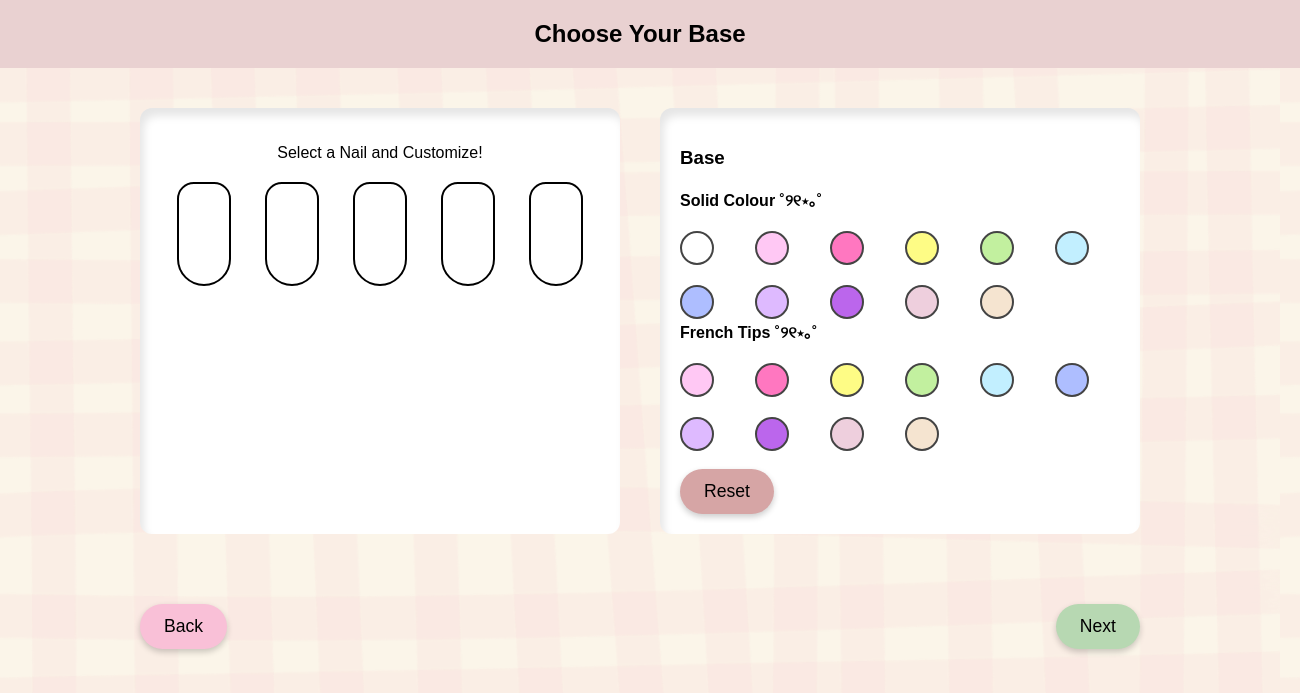
Repository: amolwalia/Fluidity-Lab
Page: base-paint.html
These files come from the project's save history. The page is drawn as it stood at one moment and after the next save; the edit follows.
The browser window is 1280 px wide. The page is 1300 px wide, so the pictures cover 1300 px, including what lies to the right of the window. The pictures show the whole page.

Above is the page before, as saved 2025-05-11 19:02:09.

### base-paint.html
<!DOCTYPE html>
<html lang="en">
  <head>
    <meta charset="UTF-8" />
    <meta name="viewport" content="width=device-width, initial-scale=1.0" />
    <title>Choose Your Base</title>
    <link rel="stylesheet" href="./styles/basepaints.css" />
  </head>
  <body>
    <header>Choose Your Base</header>
    <div class="container">
      <div class="nail-area">
        <p style="text-align: center">Select a Nail and Customize!</p>
        <div class="nails">
          <div class="nail" onclick="selectNail(this)"></div>
          <div class="nail" onclick="selectNail(this)"></div>
          <div class="nail" onclick="selectNail(this)"></div>
          <div class="nail" onclick="selectNail(this)"></div>
          <div class="nail" onclick="selectNail(this)"></div>
        </div>
      </div>
      <div class="palette">
        <h3>Base</h3>
        <strong>Solid Colour ˚୨୧⋆｡˚</strong>
        <div class="colors">
          <div
            class="color"
            style="background: white"
            onclick="setColor('white', false)"
          ></div>
          <div
            class="color"
            style="background: #ffc8f4"
            onclick="setColor('#ffc8f4', false)"
          ></div>
          <div
            class="color"
            style="background: #ff77c0"
            onclick="setColor('#ff77c0', false)"
          ></div>
          <div
            class="color"
            style="background: #fefc85"
            onclick="setColor('#fefc85', false)"
          ></div>
          <div
            class="color"
            style="background: #c2f09f"
            onclick="setColor('#c2f09f', false)"
          ></div>
          <div
            class="color"
            style="background: #c2efff"
            onclick="setColor('#c2efff', false)"
          ></div>
        </div>
        <div class="colors">
          <div
            class="color"
            style="background: #aebeff"
            onclick="setColor('#AEBEFF', false)"
          ></div>
          <div
            class="color"
            style="background: #debaff"
            onclick="setColor('#DEBAFF', false)"
          ></div>
          <div
            class="color"
            style="background: #bb66ec"
            onclick="setColor('#BB66EC', false)"
          ></div>
          <div
            class="color"
            style="background: #eecfdd"
            onclick="setColor('#EECFDD', false)"
          ></div>
          <div
            class="color"
            style="background: #f5e4d0"
            onclick="setColor('#F5E4D0', false)"
          ></div>
        </div>
        <strong>French Tips ˚୨୧⋆｡˚</strong>
        <div class="colors">
          <div
            class="color"
            style="background: #ffc8f4"
            onclick="setColor('#ffc8f4', true)"
          ></div>
          <div
            class="color"
            style="background: #ff77c0"
            onclick="setColor('#ff77c0', true)"
          ></div>
          <div
            class="color"
            style="background: #fefc85"
            onclick="setColor('#fefc85', true)"
          ></div>
          <div
            class="color"
            style="background: #c2f09f"
            onclick="setColor('#c2f09f', true)"
          ></div>
          <div
            class="color"
            style="background: #c2efff"
            onclick="setColor('#c2efff', true)"
          ></div>
          <div
            class="color"
            style="background: #aebeff"
            onclick="setColor('#AEBEFF', true)"
          ></div>
        </div>
        <div class="colors">
          <div
            class="color"
            style="background: #debaff"
            onclick="setColor('#DEBAFF', true)"
          ></div>
          <div
            class="color"
            style="background: #bb66ec"
            onclick="setColor('#BB66EC', true)"
          ></div>
          <div
            class="color"
            style="background: #eecfdd"
            onclick="setColor('#EECFDD', true)"
          ></div>
          <div
            class="color"
            style="background: #f5e4d0"
            onclick="setColor('#F5E4D0', true)"
          ></div>
        </div>
        <br />
        <button class="btn btn-brown" onclick="resetColors()">Reset</button>
      </div>
    </div>
    <div class="btn-row">
      <button class="btn btn-pink" onclick="location.href='index.html'">
        Back
      </button>
      <button class="btn btn-green" onclick="saveNailColorsAndGoNext()">
        Next
      </button>
    </div>
    <script src="./scripts/basepaints.js"></script>
  </body>
</html>

### styles/basepaints.css
body {
  margin: 0;
  font-family: "Quicksand", sans-serif;
  background: url("../media/pink_plaid.png");
  background-size: cover;
  background-blend-mode: multiply;
  background-color: #fbf5e9;
  display: flex;
  flex-direction: column;
  align-items: center;
}
header {
  width: 100%;
  padding: 20px;
  background-color: #e9d1d1;
  text-align: center;
  font-weight: bold;
  font-size: 1.5rem;
}
.container {
  display: flex;
  justify-content: space-between;
  padding: 40px;
  width: 100%;
  max-width: 1000px;
}
.nail-area,
.palette {
  background: #fff;
  border-radius: 12px;
  padding: 20px;
  box-shadow: inset 4px 8px 8px  rgba(0, 0, 0, 0.1);
}
.nail-area {
  flex: 1;
  margin-right: 40px;
  box-shadow: inset 4px 8px 8px  rgba(0, 0, 0, 0.1);
}
.palette {
  flex: 1;
}
.nails {
  display: flex;
  justify-content: space-around;
  margin-top: 20px;
}
.nail {
  width: 50px;
  height: 100px;
  border: 2px solid #000;
  border-radius: 25px 25px 40px 40px;
  background: #fff;
  position: relative;
  overflow: hidden;
}
.french-tip-overlay {
  position: absolute;
  top: 0;
  left: 0;
  width: 100%;
  height: 100%;
  pointer-events: none;
  z-index: 50;
  background: none;
}
.french-tip-overlay::before {
  content: "";
  position: absolute;
  top: 0;
  left: 0;
  width: 100%;
  height: 100%;
  background: url("data:[embedded picture, 672 characters]")
    top center / 100% auto no-repeat;
  opacity: 1;
  z-index: 50;
}
.colors {
  display: grid;
  grid-template-columns: repeat(6, 1fr);
  gap: 10px;
  margin-top: 20px;
}
.color {
  width: 30px;
  height: 30px;
  border-radius: 50%;
  cursor: pointer;
  border: 2px solid #444;
}
.btn-row {
  display: flex;
  justify-content: space-between;
  width: 100%;
  max-width: 1000px;
  margin-top: 30px;
}
.btn {
  padding: 12px 24px;
  font-size: 1.1rem;
  background-color: #b7d8b2;
  border: none;
  border-radius: 25px;
  cursor: pointer;
  box-shadow: 0 3px 6px rgba(0, 0, 0, 0.2);
  transition: transform 0.3s ease, box-shadow 0.3s ease;
}
.btn:hover {
  transform: scale(1.05);
  box-shadow: 0 6px 12px rgba(183, 216, 178, 0.6);
}
.btn-pink {
  background-color: #f9c0d7;
}
.btn-green {
  background-color: #b7d8b2;
}
.btn-brown {
  background-color: #d6a5a5;
}

### scripts/basepaints.js
let selectedNail = null;

function selectNail(el) {
  document
    .querySelectorAll(".nail")
    .forEach((nail) => (nail.style.borderColor = "#000"));
  selectedNail = el;
  el.style.borderColor = "deeppink";
}

function setColor(color, isFrenchTip = false) {
  if (selectedNail) {
    selectedNail.style.background = color;
    const existingTip = selectedNail.querySelector(".french-tip-overlay");
    if (existingTip) existingTip.remove();
    if (isFrenchTip) {
      const tip = document.createElement("div");
      tip.className = "french-tip-overlay";
      selectedNail.appendChild(tip);
    }
  }
}

function resetColors() {
  document.querySelectorAll(".nail").forEach((nail) => {
    nail.style.background = "white";
    const tip = nail.querySelector(".french-tip-overlay");
    if (tip) tip.remove();
  });
}

function saveNailColorsAndGoNext() {
  const nails = document.querySelectorAll(".nail");
  const designData = Array.from(nails).map((nail) => {
    return {
      background: nail.style.background,
      hasTip: !!nail.querySelector(".french-tip-overlay"),
    };
  });
  localStorage.setItem("nailDesignData", JSON.stringify(designData));
  location.href = "decorate.html";
}

After the next save:
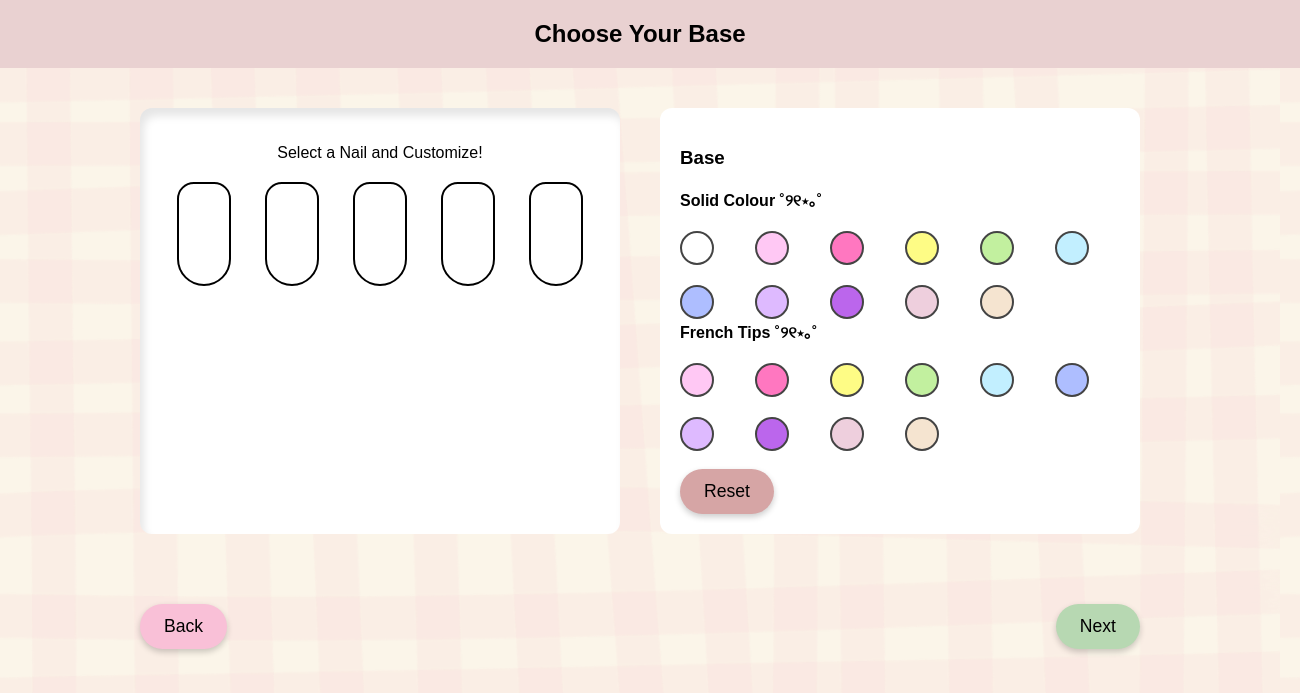
Saved 4 s later.
--- a/styles/basepaints.css
+++ b/styles/basepaints.css
@@ -29,7 +29,7 @@ header {
   background: #fff;
   border-radius: 12px;
   padding: 20px;
-  box-shadow: inset 4px 8px 8px  rgba(0, 0, 0, 0.1);
+
 }
 .nail-area {
   flex: 1;
